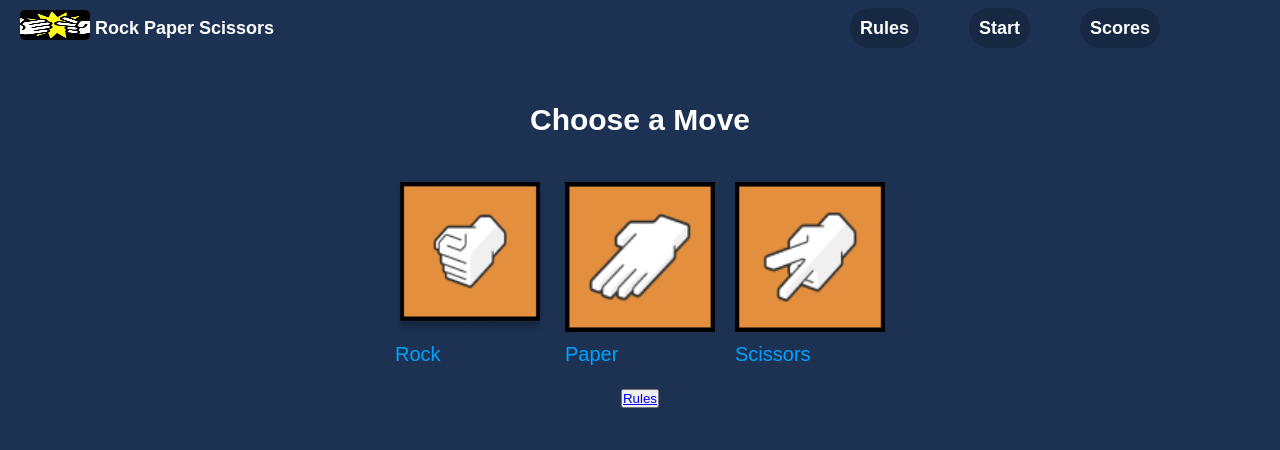
Repository: MikkyPrestige/rock-paper-scissors
Page: game.html
These files come from the project's save history. The page is drawn as it stood at one moment and after the next save; the edit follows.
The browser window is 1280 px wide. The pictures show the whole page.

Above is the page before, as saved 2023-05-08 06:44:54.

After the next save:
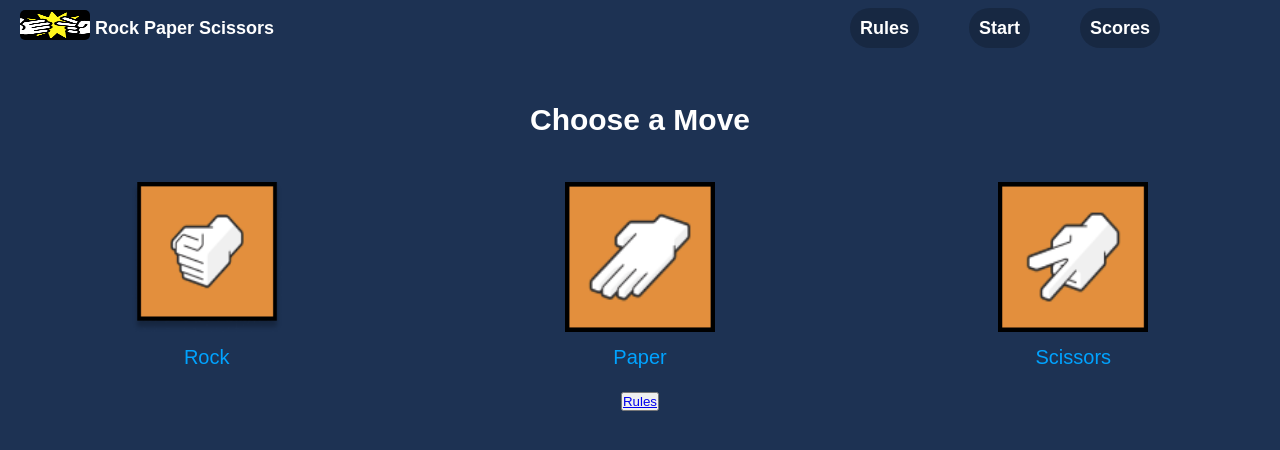
Saved 18 s later.
--- a/index.css
+++ b/index.css
@@ -277,6 +277,15 @@
   width: 100%;
 }
 
+.game--img {
+  display: flex;
+  flex-direction: column;
+  justify-content: center;
+  align-items: center;
+  gap: 1rem;
+  width: 100%;
+  height: 100%;
+}
 
 .game--img img {
   width: 15rem;

After the save that followed:
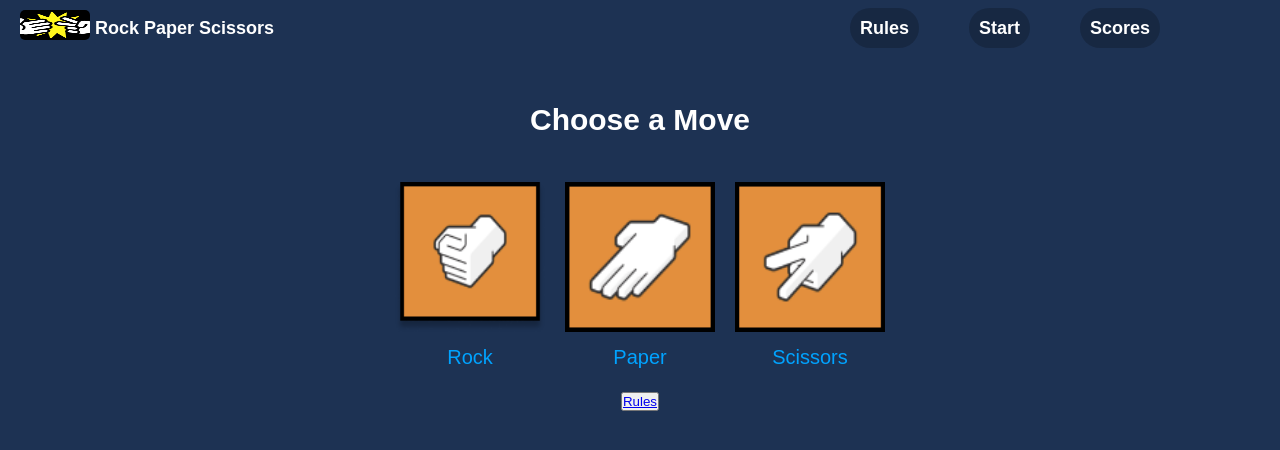
Saved 15 s later.
--- a/index.css
+++ b/index.css
@@ -283,8 +283,6 @@
   justify-content: center;
   align-items: center;
   gap: 1rem;
-  width: 100%;
-  height: 100%;
 }
 
 .game--img img {
